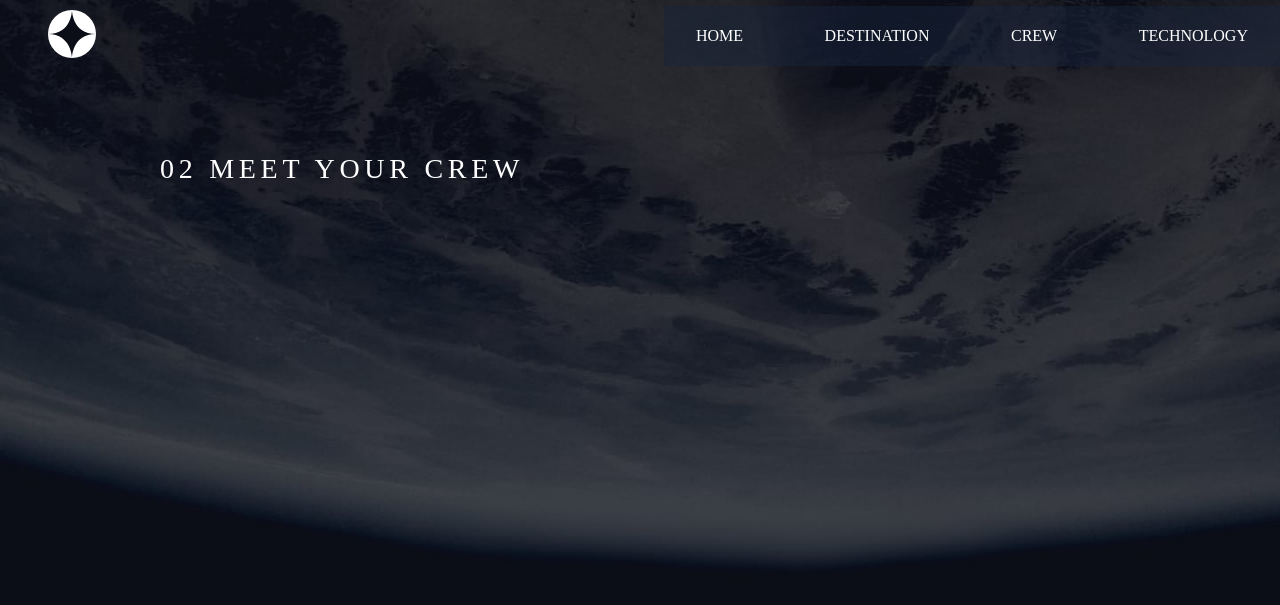
Repository: nilesjamex/space
Page: /Crew
These files come from the project's save history. The page is drawn as it stood at one moment and after the next save; the edit follows.
The browser window is 1280 px wide. The pictures show the whole page.
The project was rebuilt for these pictures with package versions that can differ from the ones it lists, and the page was loaded fresh each time. The framework's server and built-in components were replaced by stand-ins that run in the browser. Also part of the build but not shown: next.config.js.

Above is the page before, as saved 2022-01-08 01:25:51.

### pages/Crew.js
import React from 'react'
import Creww from '../Components/Crew/Crew';

const Crew = () => {
    return (
        <div>
           <Creww />
        </div>
    )
}

export default Crew

### styles/globals.css
a {
  color: inherit;
  text-decoration: none;
}

*{
  margin: 0;
  padding: 0;
  box-sizing: border-box;
  max-width: 100%;
  max-height: 100vh;
  overflow-y: hidden;
}

li {
  list-style: none;
  cursor: pointer;
}

### Components/Crew/Crew.js
import React from 'react';
import styles from './crew.module.css'
import Nav from '../../Layout/Nav';
import Image from 'next/image';
import Members from './Members/Members'

const Crew = () => {

  return (
    <div className={styles.home}>
     <div>
         <Nav/>
        </div>
        <div>
        <div>
           <h3 className={styles.hometext}> 02 Meet your crew</h3>
        </div>
        </div>
        <div>
        <Members />
        </div>
    </div>
  )
}

export default Crew

### Components/Crew/crew.module.css
.home {
    background: url(../../public/assets/crew/background-crew-desktop.jpg);
    background-size: cover;
    height: 100vh;
}
.hometext {
    font-family: Barlow Condensed;
    font-style: normal;
    font-weight: normal;
    font-size: 28px;
    line-height: 34px;letter-spacing: 4.725px;
    text-transform: uppercase;
    color: #FFFFFF;
    margin: 5rem 0 1rem 10rem;
}

### Layout/Nav.js
import React from 'react';
import styles from './nav.module.css';
import Link from 'next/link'

const Nav = ({children}) => {
    return (
       <div className={styles.navBody}>
        <nav className={styles.nav}>
         <div>
            <svg width="48" height="48" viewBox="0 0 48 48" fill="none" xmlns="http://www.w3.org/2000/svg">
<circle cx="24" cy="24" r="24" fill="white"/>
<path fillRule="evenodd" clipRule="evenodd" d="M24 0C24 0 24 24 0 24C23.5776 24.1714 24 48 24 48C24 48 24 24 48 24C24 24 24 0 24 0Z" fill="#0B0D17" />
</svg>
  </div>

<ul className={styles.ul}>
<li><Link href="/"> HOME </Link></li>
<li><Link href="/Destinations">DESTINATION </Link></li>
<li><Link href="/Crew">CREW</Link></li>
<li><Link href="/Technology">TECHNOLOGY</Link></li>
</ul>
        </nav>
      <div className={styles.mainBody}> {children} </div>
</div>
    )
}

export default Nav

### Components/Crew/Members/Members.js
import React, {Component} from 'react';
import Slider from "react-slick";
import "slick-carousel/slick/slick.css";
import "slick-carousel/slick/slick-theme.css";
import Image from 'next/image';
import styles from './Members.module.css'
import Doug from '../../../public/assets/crew/image-douglas-hurley.png'
export default class Members extends Component {
  render() {
    const settings = {
      dots: true,
      infinite: true,
      speed: 500,
      slidesToShow: 1,
      slidesToScroll: 1
    };

    return (
        <div>
          <Slider {...settings}>
          <div className={styles.crewSplit}>
        <div className={styles.crewText}>
        <p className={styles.crewtexthead}>Commander</p>
        <h2 className={styles.crewtextsub}>Douglas Hurley</h2>
        <p className={styles.crewtextbody}> Douglas Gerald Hurley is an American engineer, former Marine Corps pilot
  and former NASA astronaut. He launched into space for the third time as
  commander of Crew Dragon Demo-2.</p>

        </div>
        <div className={styles.crewImage}>
        <Image className={styles.crewImages} src={Doug} alt="crew" height="590px" width="568px" />
        </div>
        </div>

        <div className={styles.crewSplit}>
        <div className={styles.crewText}>
        <p className={styles.crewtexthead}>Commander</p>
        <h2 className={styles.crewtextsub}>Douglas James</h2>
        <p className={styles.crewtextbody}> Douglas Gerald Hurley is an American engineer, former Marine Corps pilot
  and former NASA astronaut. He launched into space for the third time as
  commander of Crew Dragon Demo-2.</p>

        </div>
        <div className={styles.crewImage}>
        <Image className={styles.crewImages} src={Doug} alt="crew" height="590px" width="568px" />
        </div>
        </div>

        <div className={styles.crewSplit}>
        <div className={styles.crewText}>
        <p className={styles.crewtexthead}>Commander</p>
        <h2 className={styles.crewtextsub}>Douglas Hurley</h2>
        <p className={styles.crewtextbody}> Douglas Gerald Hurley is an American engineer, former Marine Corps pilot
  and former NASA astronaut. He launched into space for the third time as
  commander of Crew Dragon Demo-2.</p>

        </div>
        <div className={styles.crewImage}>
        <Image className={styles.crewImages} src={Doug} alt="crew" height="590px" width="568px" />
        </div>
        </div>

        <div className={styles.crewSplit}>
        <div className={styles.crewText}>
        <p className={styles.crewtexthead}>Commander</p>
        <h2 className={styles.crewtextsub}>Douglas Hurley</h2>
        <p className={styles.crewtextbody}> Douglas Gerald Hurley is an American engineer, former Marine Corps pilot
  and former NASA astronaut. He launched into space for the third time as
  commander of Crew Dragon Demo-2.</p>

        </div>
        <div className={styles.crewImage}>
        <Image className={styles.crewImages} src={Doug} alt="crew" height="590px" width="568px" />
        </div>
        </div>
        </Slider>
        </div>
    )
}
}

### Layout/nav.module.css
.nav {
    display: flex;
    justify-content: space-between;
    align-items: center;
    padding-left: 3rem;
    width: 100%;
    height: 10vh;

}

.ul {
    display: flex;
    width: 50%;
    justify-content: space-between;
    align-items: center;
    color: #fff;
    background-color: rgba(24, 36, 59, 0.5);
    height: 60px;
    padding: 0 2rem;

}

.navBody {
    height: 100%;
}

### Components/Crew/Members/Members.module.css
.crewSplit {
    display: flex;
    justify-content: space-around;
    margin: 2rem 2rem 0 4rem;
}
.crewText {
    width: 50%;
    align-self: center;
}
.crewtexthead {
    font-family: Bellefair;
    font-style: normal;
    font-weight: normal;
    font-size: 32px;
    line-height: 37px;
    /* identical to box height */
    text-transform: uppercase;
    color: #FFFFFF;
    mix-blend-mode: normal;
    opacity: 0.5;
}
.crewtextsub {
    font-family: Bellefair;
    font-style: normal;
    font-weight: normal;
    font-size: 56px;
    line-height: 64px;
    text-transform: uppercase;
    color: #FFFFFF;
}
.crewtextbody {
    font-family: Barlow;
    font-style: normal;
    font-weight: normal;
    font-size: 18px;
    line-height: 32px;
    /* or 178% */
    color: #D0D6F9;

}
.crewImages {
    z-index: 4;
    padding-bottom: 0rem;
}

Loaded but not shown: pages/_app.js (common file)

After the next save:
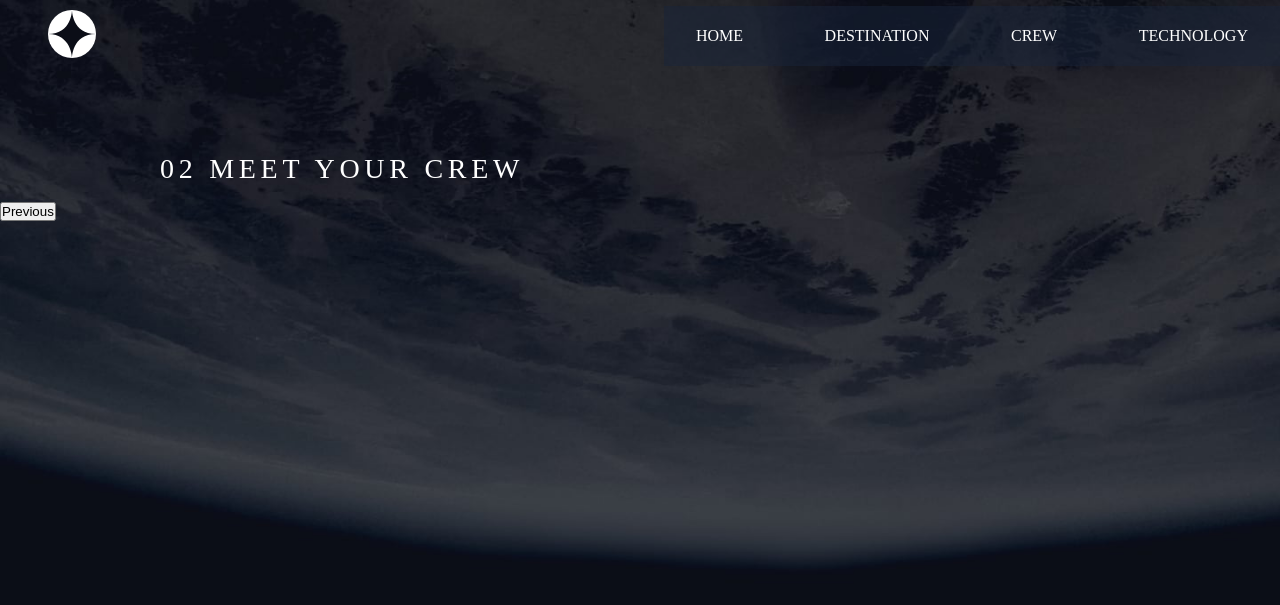
Saved 2 min 22 s later.
--- a/Components/Crew/Members/Members.js
+++ b/Components/Crew/Members/Members.js
@@ -1,7 +1,5 @@
 import React, {Component} from 'react';
 import Slider from "react-slick";
-import "slick-carousel/slick/slick.css";
-import "slick-carousel/slick/slick-theme.css";
 import Image from 'next/image';
 import styles from './Members.module.css'
 import Doug from '../../../public/assets/crew/image-douglas-hurley.png'

After the 3 saves that followed:
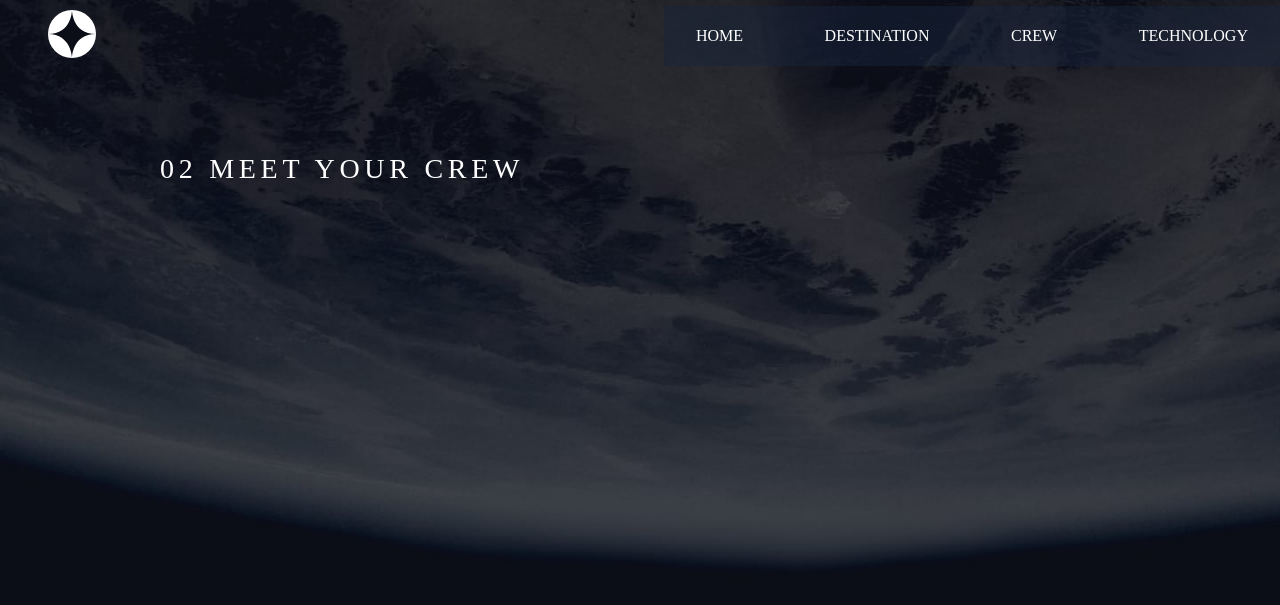
The 3 saves are shown as one change because 2 left the picture as it was.
The last was saved 2 min 37 s later.
--- a/Components/Crew/Members/Members.js
+++ b/Components/Crew/Members/Members.js
@@ -1,5 +1,7 @@
 import React, {Component} from 'react';
 import Slider from "react-slick";
+import "~slick-carousel/slick/slick.css";
+import "~slick-carousel/slick/slick-theme.css";
 import Image from 'next/image';
 import styles from './Members.module.css'
 import Doug from '../../../public/assets/crew/image-douglas-hurley.png'
@@ -8,9 +10,12 @@
     const settings = {
       dots: true,
       infinite: true,
-      speed: 500,
       slidesToShow: 1,
-      slidesToScroll: 1
+      slidesToScroll: 1,
+      autoplay: true,
+      speed: 2000,
+      autoplaySpeed: 2000,
+      cssEase: "linear"
     };
 
     return (
